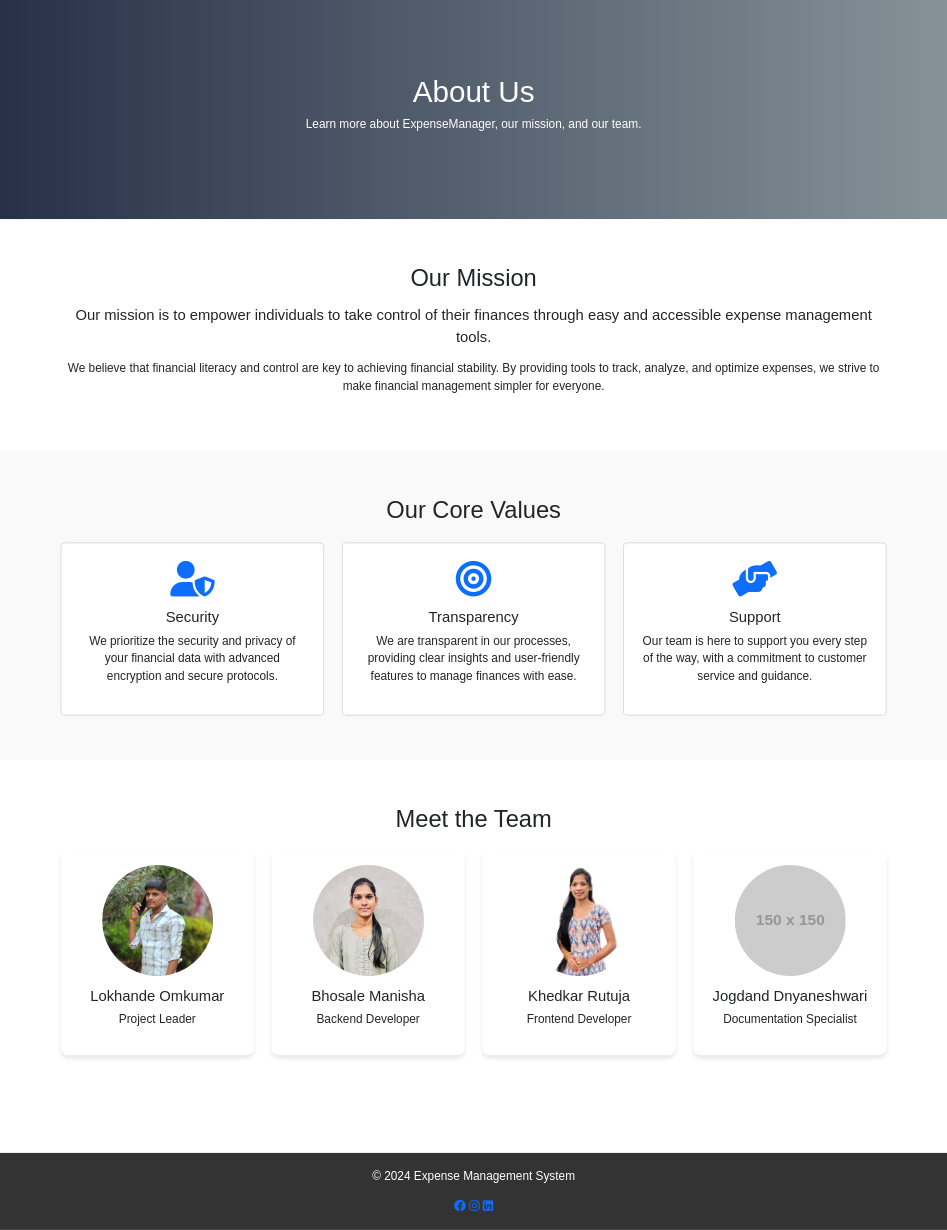
Repository: omlokhande1212/Expense-management
Page: expense/Demo/src/main/webapp/aboutus.html
An editor plug-in stored every save of this project. The page is shown before and after the next save, followed by the edit.
The browser window is 1280 px wide. The pictures show the whole page, at 74% of full size.

Above is the page before, as saved 2024-11-25 05:36:13.

### expense/Demo/src/main/webapp/aboutus.html
<!DOCTYPE html>
<html lang="en">
<head>
    <meta charset="UTF-8">
    <meta name="viewport" content="width=device-width, initial-scale=1.0">
    <title>About Us - Expense Management System</title>
    <link href="https://cdn.jsdelivr.net/npm/bootstrap@5.3.0-alpha1/dist/css/bootstrap.min.css" rel="stylesheet">
    <link rel="stylesheet" href="https://cdnjs.cloudflare.com/ajax/libs/font-awesome/6.0.0-beta3/css/all.min.css">
    <style>
        /* Custom styles */
        body {
            font-family: Arial, sans-serif;
            scroll-behavior: smooth;
        }
        .hero-section {
            background: linear-gradient(to right, #283048, #859398);
            color: white;
            padding: 100px 0;
            text-align: center;
        }
        .mission-section, .team-section, .values-section {
            padding: 60px 0;
        }
        .values-section {
            background-color: #f9f9f9;
        }
        .team-member {
            transition: transform 0.3s, box-shadow 0.3s;
            background: #fff;
            border-radius: 10px;
            padding: 20px;
            text-align: center;
            box-shadow: 0 4px 6px rgba(0, 0, 0, 0.1);
        }
        .team-member:hover {
            transform: translateY(-5px);
            box-shadow: 0 6px 10px rgba(0, 0, 0, 0.2);
        }
        .team-member img {
            width: 150px;
            height: 150px;
            border-radius: 50%;
            margin-bottom: 15px;
            object-fit: cover;
        }
        .footer {
            background: #333;
            color: white;
            padding: 20px 0;
        }
    </style>
</head>
<body>

    <!-- Hero Section -->
    <section class="hero-section">
        <div class="container">
            <h1>About Us</h1>
            <p>Learn more about ExpenseManager, our mission, and our team.</p>
        </div>
    </section>

    <!-- Mission Section -->
    <section class="mission-section text-center">
        <div class="container">
            <h2>Our Mission</h2>
            <p class="lead mt-3">Our mission is to empower individuals to take control of their finances through easy and accessible expense management tools.</p>
            <p>We believe that financial literacy and control are key to achieving financial stability. By providing tools to track, analyze, and optimize expenses, we strive to make financial management simpler for everyone.</p>
        </div>
    </section>

    <!-- Values Section -->
    <section class="values-section text-center">
        <div class="container">
            <h2>Our Core Values</h2>
            <div class="row mt-4">
                <div class="col-md-4">
                    <div class="card p-4">
                        <i class="fas fa-user-shield fa-3x mb-3 text-primary"></i>
                        <h5>Security</h5>
                        <p>We prioritize the security and privacy of your financial data with advanced encryption and secure protocols.</p>
                    </div>
                </div>
                <div class="col-md-4">
                    <div class="card p-4">
                        <i class="fas fa-bullseye fa-3x mb-3 text-primary"></i>
                        <h5>Transparency</h5>
                        <p>We are transparent in our processes, providing clear insights and user-friendly features to manage finances with ease.</p>
                    </div>
                </div>
                <div class="col-md-4">
                    <div class="card p-4">
                        <i class="fas fa-hands-helping fa-3x mb-3 text-primary"></i>
                        <h5>Support</h5>
                        <p>Our team is here to support you every step of the way, with a commitment to customer service and guidance.</p>
                    </div>
                </div>
            </div>
        </div>
    </section>

    <!-- Team Section -->
    <section class="team-section text-center">
        <div class="container">
            <h2>Meet the Team</h2>
            <div class="row mt-4">
                <div class="col-md-3 col-sm-6 mb-4">
                    <div class="team-member">
                        <img src="omkumar_lokhande.jpg" alt="Team Member">
                        <h5>Lokhande Omkumar</h5>
                        <p>Project Leader</p>
                    </div>
                </div>
                <div class="col-md-3 col-sm-6 mb-4">
                    <div class="team-member">
                        <img src="manisha_bhosale.jpg" alt="Team Member">
                        <h5>Bhosale Manisha</h5>
                        <p>Backend Developer</p>
                    </div>
                </div>
                <div class="col-md-3 col-sm-6 mb-4">
                    <div class="team-member">
                        <img src="rutuja_khedkar1.jpg" alt="Team Member">
                        <h5>Khedkar Rutuja</h5>
                        <p>Frontend Developer</p>
                    </div>
                </div>
                <div class="col-md-3 col-sm-6 mb-4">
                    <div class="team-member">
                        <img src="https://via.placeholder.com/150" alt="Team Member">
                        <h5>Jogdand Dnyaneshwari</h5>
                        <p>Documentation Specialist</p>
                    </div>
                </div>
            </div>
        </div>
    </section>

   <footer class="footer mt-5">
    <div class="container text-center">
      <p>&copy; 2024 Expense Management System</p>
      <div class="social-icons">
        <a href="https://facebook.com" target="_blank"><i class="fab fa-facebook"></i></a>
        <a href="https://instagram.com" target="_blank"><i class="fab fa-instagram"></i></a>
        <a href="https://linkedin.com" target="_blank"><i class="fab fa-linkedin"></i></a>
      </div>
    </div>
  </footer>

    <!-- JavaScript Libraries -->
    <script src="https://cdn.jsdelivr.net/npm/bootstrap@5.3.0-alpha1/dist/js/bootstrap.bundle.min.js"></script>
</body>
</html>

After the next save:
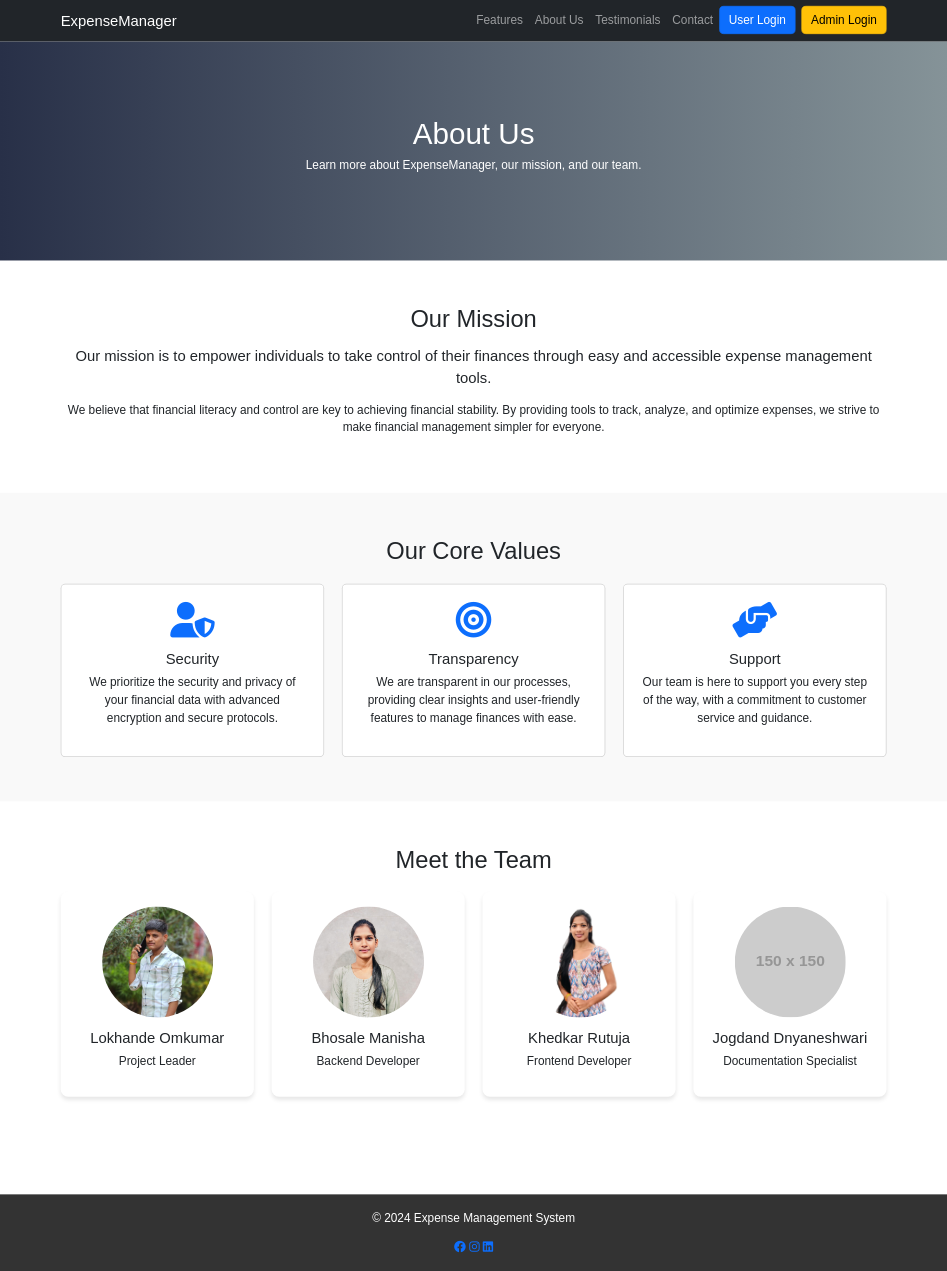
Saved 3 days later.
--- a/expense/Demo/src/main/webapp/aboutus.html
+++ b/expense/Demo/src/main/webapp/aboutus.html
@@ -51,7 +51,25 @@
     </style>
 </head>
 <body>
-
+ <!-- Header Section -->
+    <nav class="navbar navbar-expand-lg navbar-dark bg-dark">
+        <div class="container">
+            <a class="navbar-brand" href="#">ExpenseManager</a>
+            <button class="navbar-toggler" type="button" data-bs-toggle="collapse" data-bs-target="#navbarNav">
+                <span class="navbar-toggler-icon"></span>
+            </button>
+            <div class="collapse navbar-collapse" id="navbarNav">
+                <ul class="navbar-nav ms-auto">
+                    <li class="nav-item"><a class="nav-link" href="#features">Features</a></li>
+                    <li class="nav-item"><a class="nav-link" href="aboutus.html">About Us</a></li>
+                    <li class="nav-item"><a class="nav-link" href="#testimonials">Testimonials</a></li>
+                    <li class="nav-item"><a class="nav-link" href="contactus.html">Contact</a></li>
+                    <li class="nav-item"><a class="btn btn-primary me-2" href="Login.jsp">User Login</a></li>
+                    <li class="nav-item"><a class="btn btn-warning" href="adminlogin.jsp">Admin Login</a></li>
+                </ul>
+            </div>
+        </div>
+    </nav>
     <!-- Hero Section -->
     <section class="hero-section">
         <div class="container">
